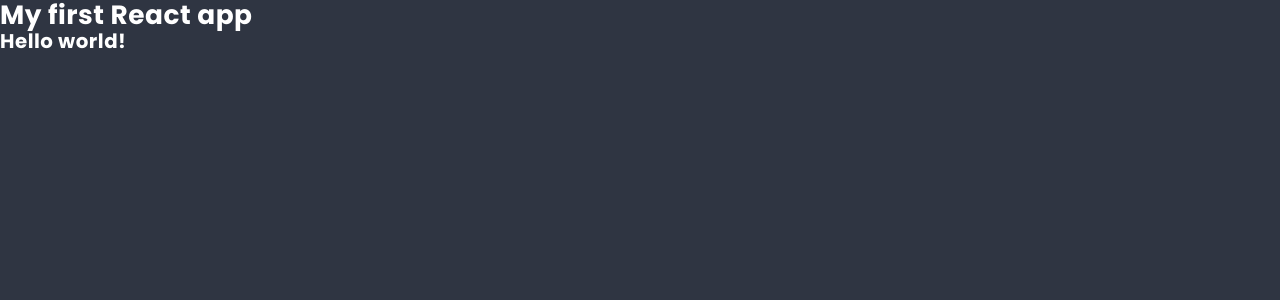
Repository: sign94/zadanie1
Page: / (app in Downloads/react-master/)
An editor plug-in stored every save of this project. The page is shown before and after the next save, followed by the edit.
The browser window is 1280 px wide. The pictures show the whole page.
Some web libraries are served in a nearby version. The project was rebuilt for these pictures with package versions that can differ from the ones it lists, and the page was loaded fresh each time. Also part of the build but not shown: Downloads/react-master/webpack.config.js, Downloads/react-master/src/components/App/App.scss, Downloads/react-master/src/components/List/List.scss.

Above is the page before, as saved 2020-05-19 13:09:29.

### Downloads/react-master/src/components/App/App.js
import React from "react";
import styles from "./App.scss";

class App extends React.Component {
  render() {
    return (
      <main className={styles.component}>
        <h1 className={styles.title}>My first React app</h1>
        <h2 className={styles.subtitle}>Hello world!</h2>
      </main>
    );
  }
}

export default App;

### Downloads/react-master/src/components/List/List.js
import React from "react";
import styles from "../List.scss";

class List extends React.Component {
  render() {
    return (
      <section className={styles.component}>
        <h2>My first React app</h2>
      </section>
    );
  }
}

export default List;

Loaded but not shown: Downloads/react-master/src/index.html (common file); Downloads/react-master/src/index.js (common file); Downloads/react-master/src/styles/normalize.scss (common file); Downloads/react-master/src/styles/global.scss (common file); Downloads/react-master/src/styles/settings.scss (common file); Downloads/react-master/src/styles/typography.scss (common file)

After the next save:
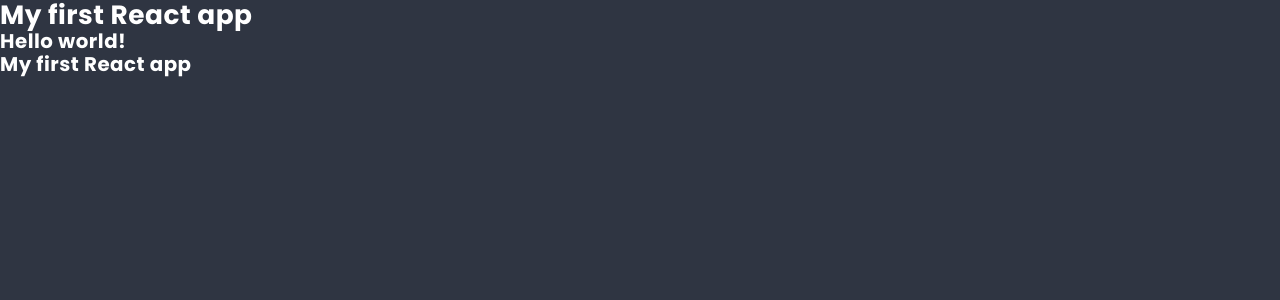
Saved 33 s later.
--- a/Downloads/react-master/src/components/App/App.js
+++ b/Downloads/react-master/src/components/App/App.js
@@ -1,5 +1,6 @@
 import React from "react";
 import styles from "./App.scss";
+import List from "../List/List";
 
 class App extends React.Component {
   render() {
@@ -7,6 +8,7 @@
       <main className={styles.component}>
         <h1 className={styles.title}>My first React app</h1>
         <h2 className={styles.subtitle}>Hello world!</h2>
+        <List />
       </main>
     );
   }
